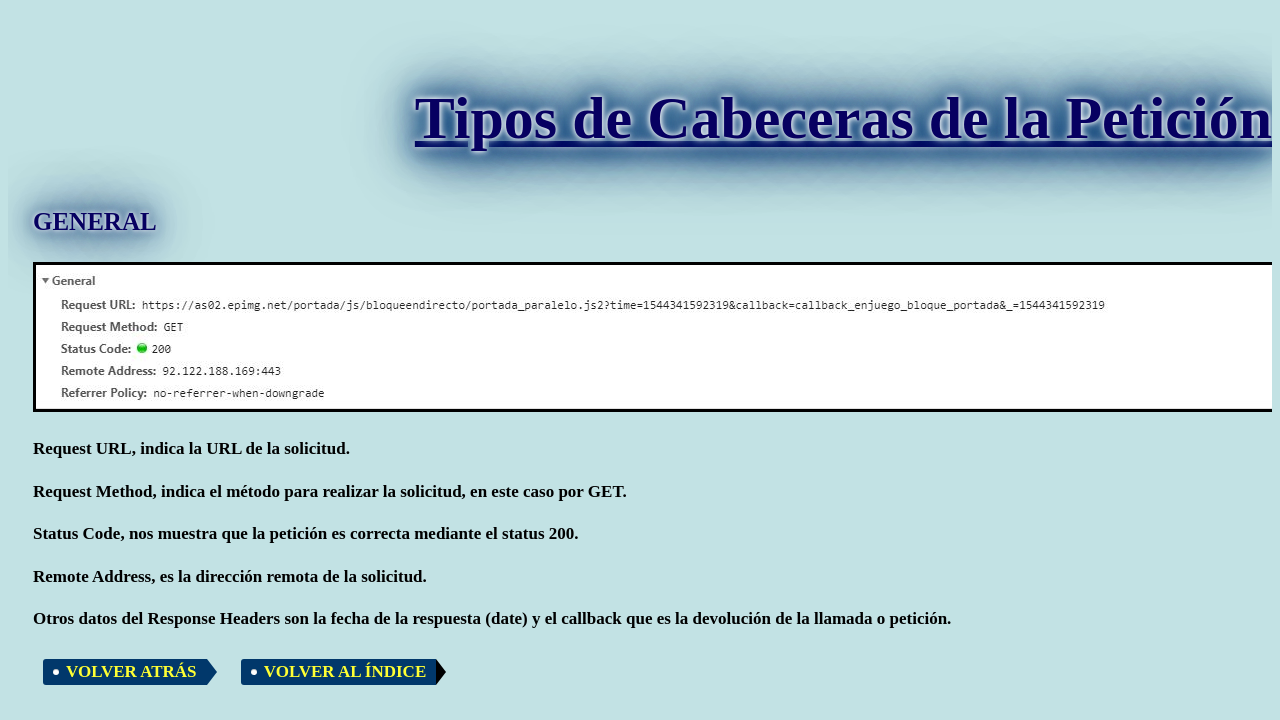
Repository: VictorinoBF97/HerramientasDesarollo
Page: queryStringParameters.html
An editor plug-in stored every save of this project. The page is shown before and after the next save, followed by the edit.
The browser window is 1280 px wide. The pictures show the whole page.

Above is the page before, as saved 2018-12-09 09:36:07.
Not found: main.js

After the next save:
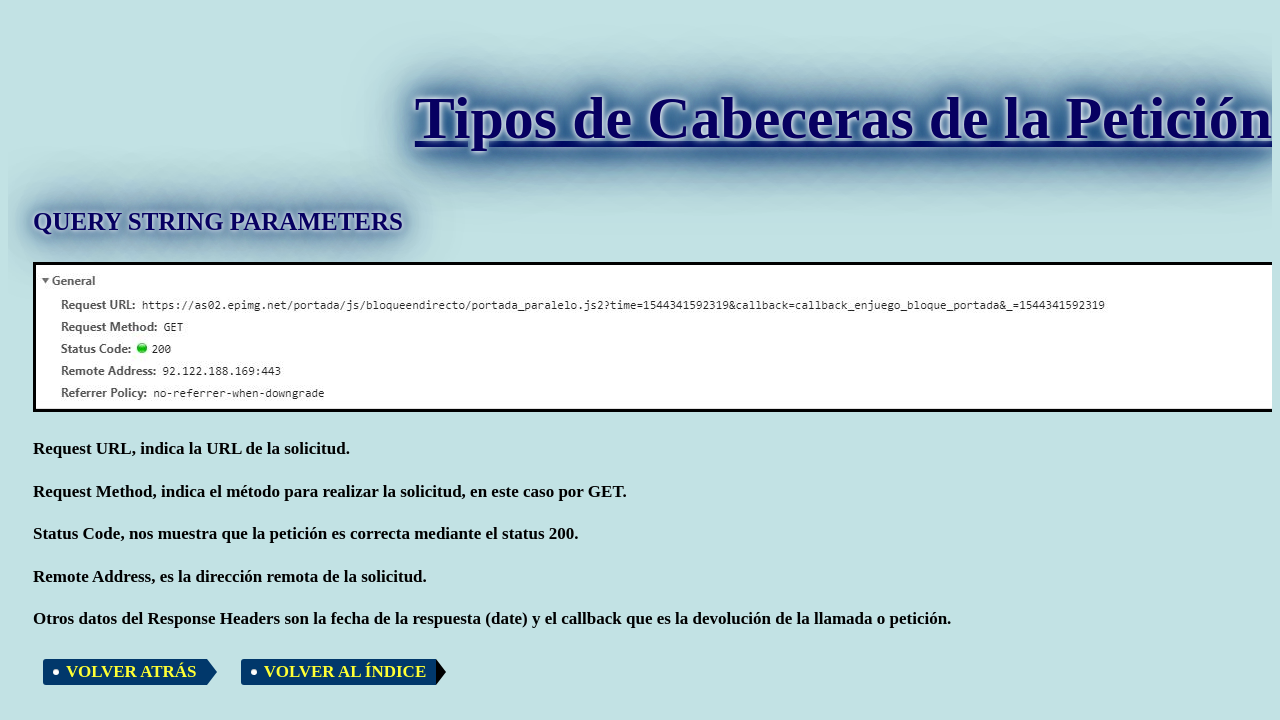
Saved 9 s later.
--- a/queryStringParameters.html
+++ b/queryStringParameters.html
@@ -12,7 +12,7 @@
     <body>
             <h1><u>Tipos de Cabeceras de la Petición</u></h1>
 
-            <h2>GENERAL</h2>
+            <h2>QUERY STRING PARAMETERS</h2>
 
             <div>
                 <img src="./images/general.JPG" border="3"/>
